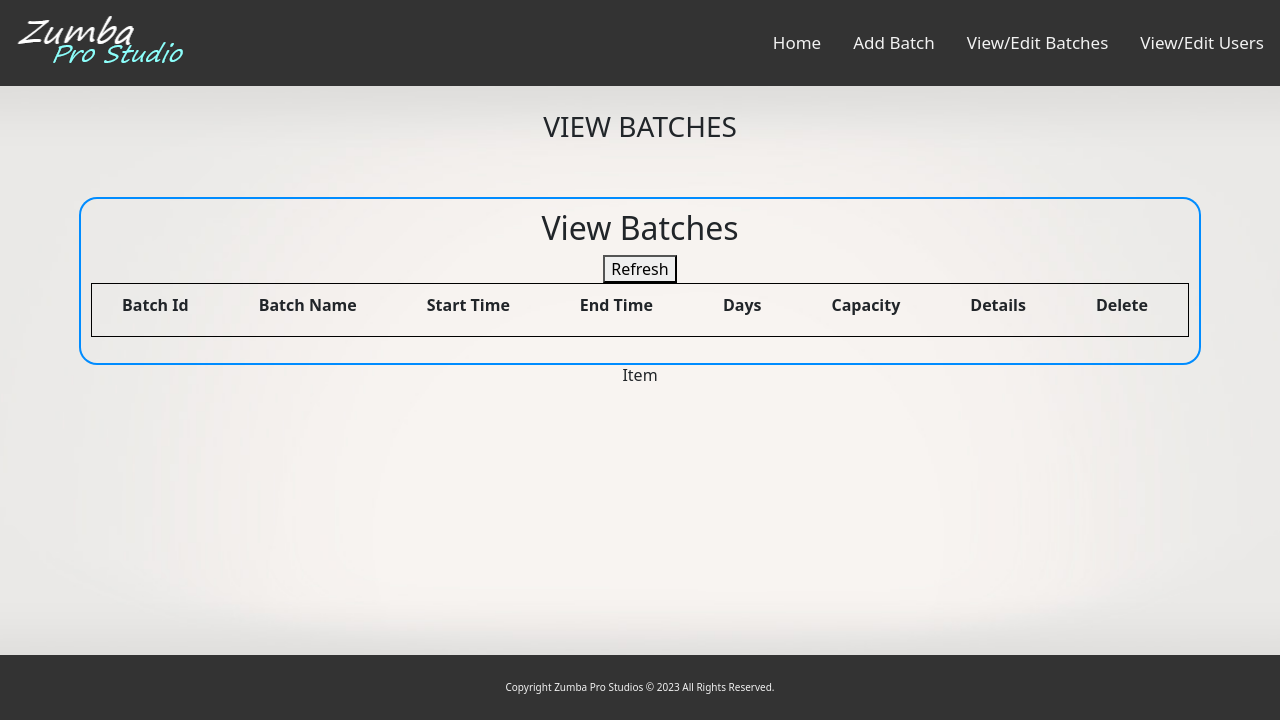
Repository: basemsamuel/Zumba
Page: http://localhost/ZumbaProStudio/admin.jsp
The author's editor kept a copy of each file at every save. The page is drawn from the files as they stood at one save, then again after the next save.
The browser window is 1280 px wide. The pictures show the whole page.
The page is served by Tomcat 10.

Above is the page before, as saved 2023-07-31 15:07:06.

After the next save:
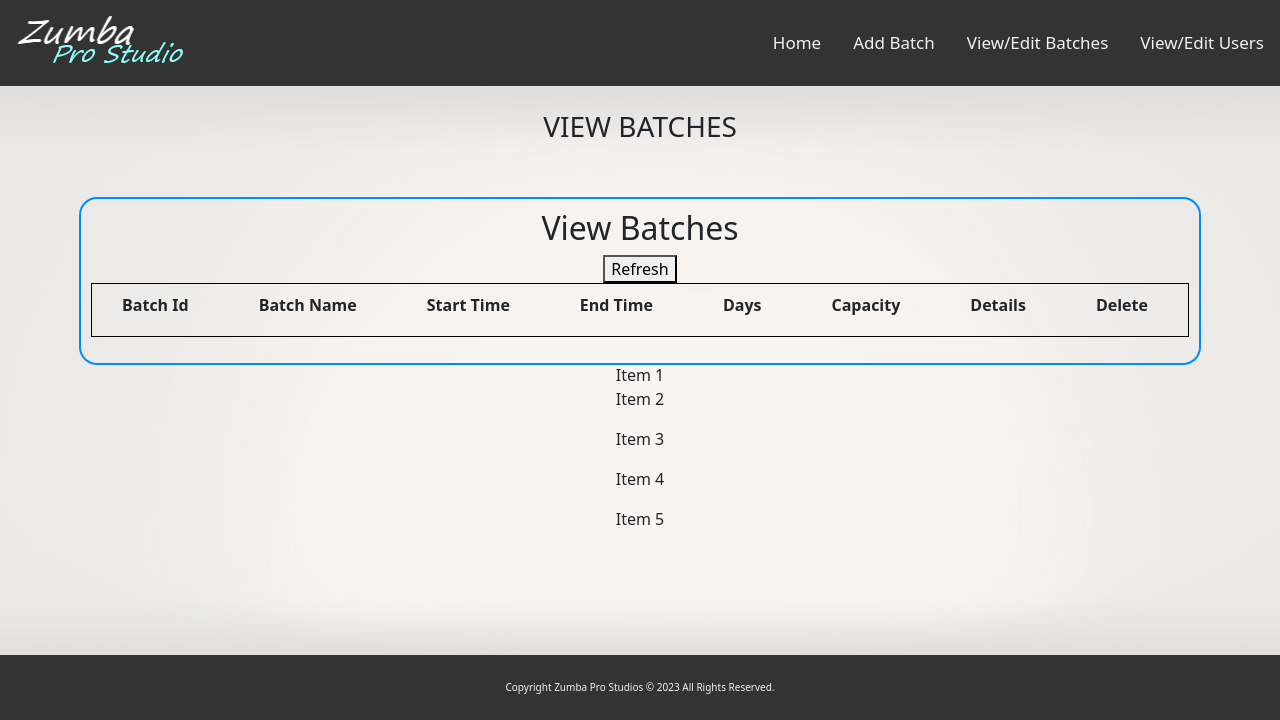
Saved 32 s later.
--- a/ZumbaProStudio/src/main/webapp/admin.jsp
+++ b/ZumbaProStudio/src/main/webapp/admin.jsp
@@ -1,4 +1,5 @@
 <jsp:include page="adminheader.jsp"></jsp:include>
+<%@ taglib uri = "http://java.sun.com/jsp/jstl/core" prefix = "c" %>
 <div class="mycontainer">
 	<div align="center">
 	<br>

After the save that followed:
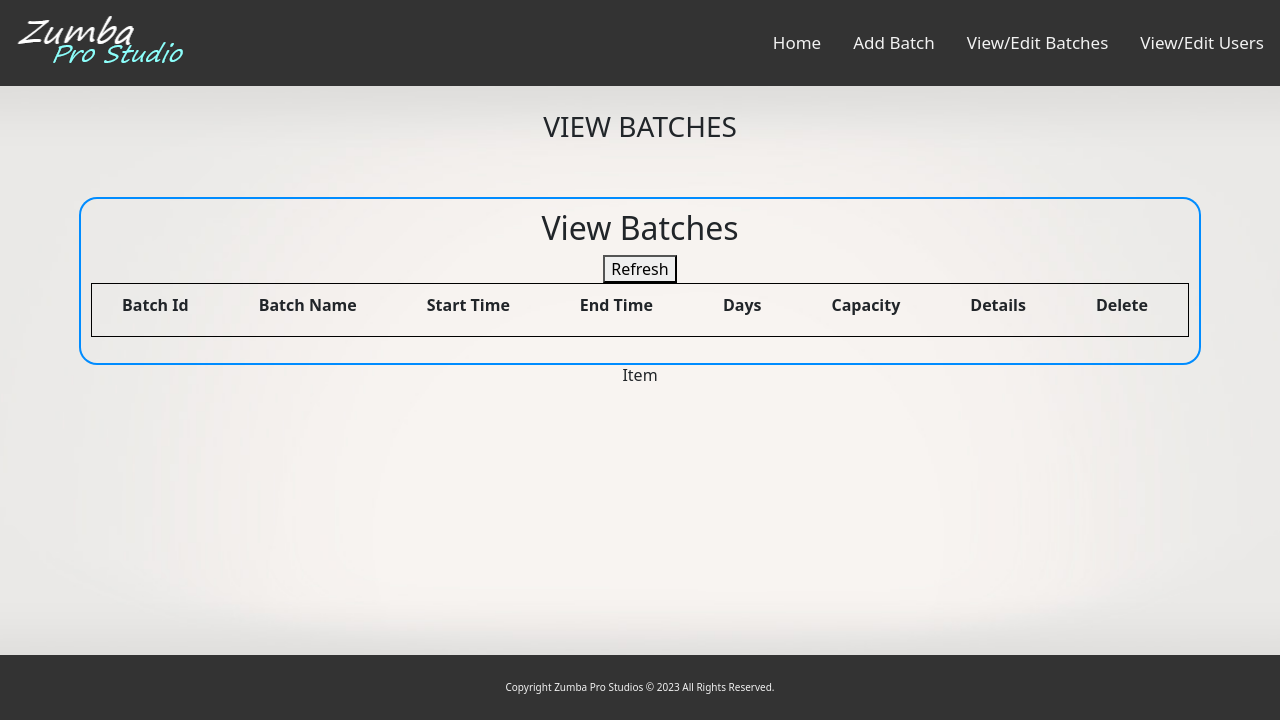
Saved 24 s later.
--- a/ZumbaProStudio/src/main/webapp/admin.jsp
+++ b/ZumbaProStudio/src/main/webapp/admin.jsp
@@ -1,5 +1,5 @@
 <jsp:include page="adminheader.jsp"></jsp:include>
-<%@ taglib uri = "http://java.sun.com/jsp/jstl/core" prefix = "c" %>
+
 <div class="mycontainer">
 	<div align="center">
 	<br>
